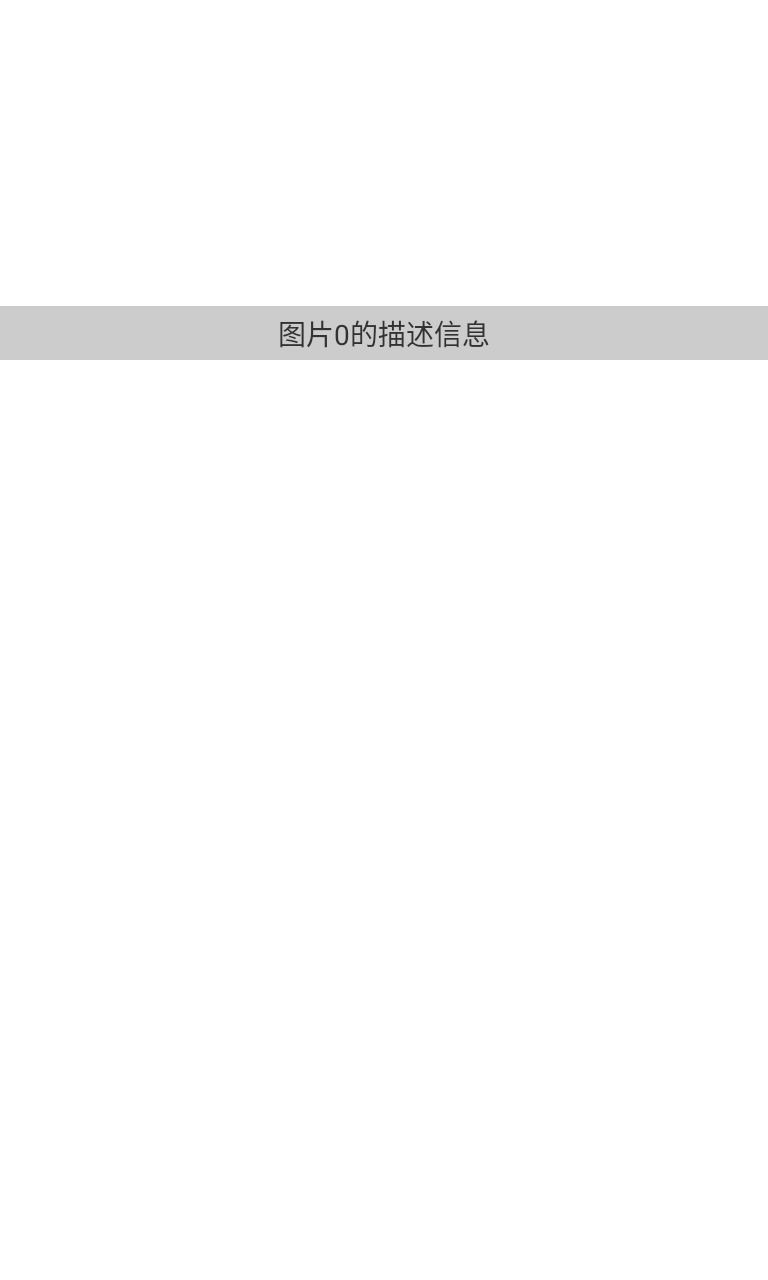
Repository: ASmouse/View
Layout: 01_ViewPager14/res/layout/activity_main.xml
The author's editor kept a copy of each file at every save. The layout is drawn from the files as they stood at one save, then again after the next save.
It is drawn on a 768 x 1280 px phone screen (xhdpi) without system bars, with theme AppTheme; the app's code is not run. Lists and similar views that code fills are empty.

Above is the layout before, as saved 2015-10-24 01:52:58.

After the next save:
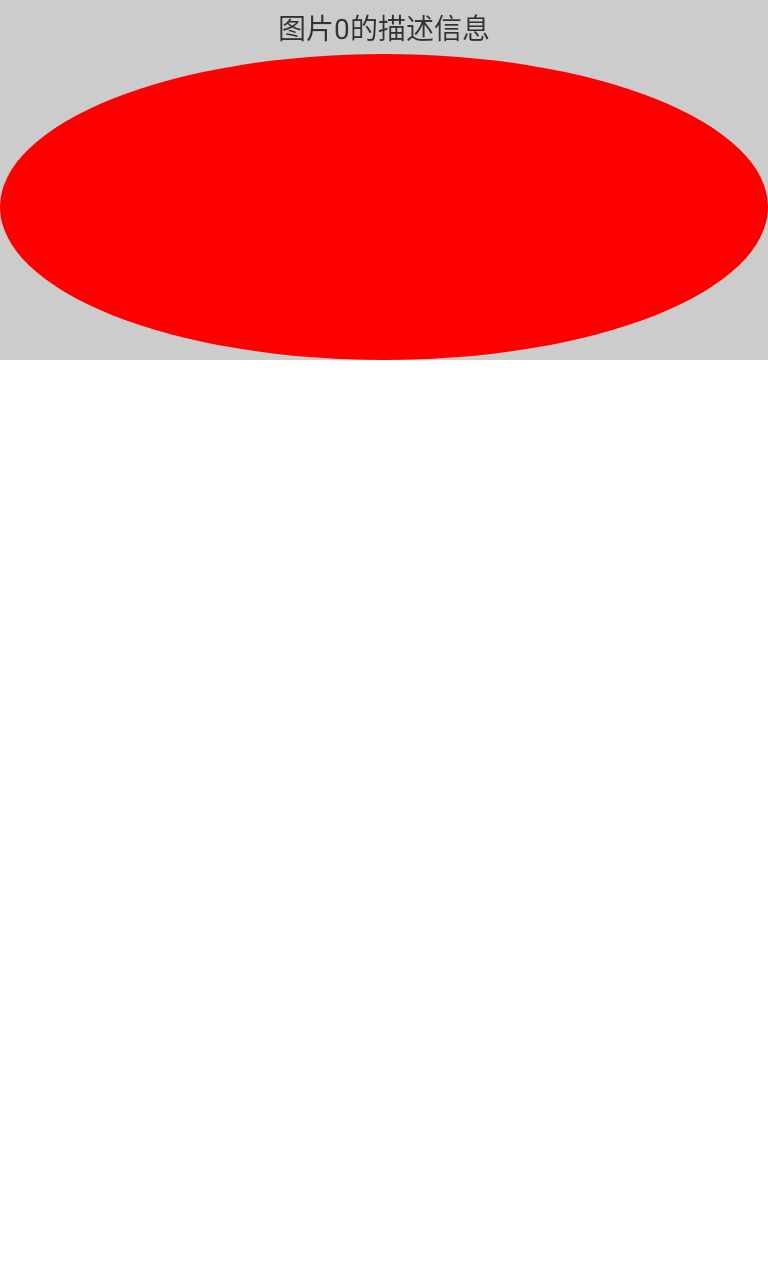
Saved 33 s later.
--- a/01_ViewPager14/res/layout/activity_main.xml
+++ b/01_ViewPager14/res/layout/activity_main.xml
@@ -39,7 +39,9 @@
                 android:layout_width="wrap_content"
                 android:layout_height="wrap_content"
                 android:orientation="horizontal" >
-
+                <View android:layout_width="wrap_content"
+                    android:layout_height="wrap_content"
+                    android:background="@drawable/red_point"/>
             </LinearLayout>
         </LinearLayout>
     </RelativeLayout>
